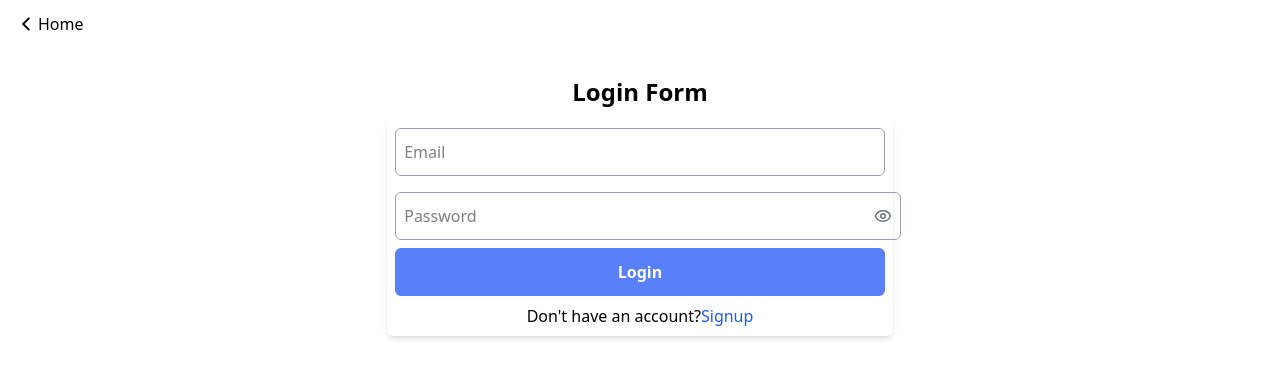
Repository: GAURAV-KUMAR22/restro-food-order-app
Page: /login (app in qr-app/)
An editor plug-in stored every save of this project. The page is shown before and after the next save, followed by the edit.
The browser window is 1280 px wide. The pictures show the whole page.
The page's requests for data from a server got no answer. The project was rebuilt for these pictures with package versions that can differ from the ones it lists, and the page was loaded fresh each time. No one was signed in, and anything a server would have sent is missing. Also part of the build but not shown: qr-app/vite.config.js, qr-app/src/Services/ProtectedRoutes.jsx, qr-app/src/components/CardItem.jsx, qr-app/src/Services/PublicAxios.js, qr-app/src/components/CardDetails.jsx, qr-app/src/components/Client/CategoryCard.jsx, qr-app/src/Services/Socket.js, qr-app/src/components/Client/OrderStatusCard.jsx and 36 more.

Above is the page before, as saved 2025-06-11 16:45:37.

After the next save:
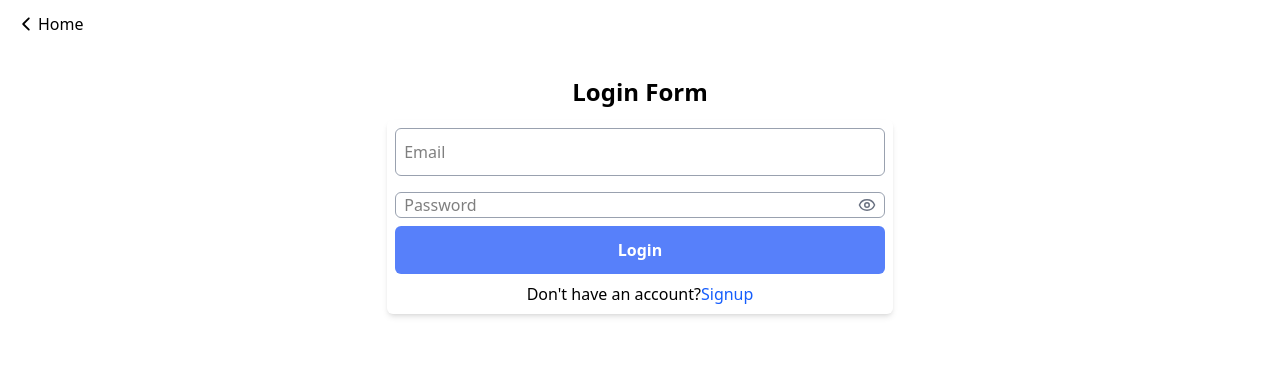
Saved 29 s later.
--- a/qr-app/src/Pages/Auth/Login.jsx
+++ b/qr-app/src/Pages/Auth/Login.jsx
@@ -90,7 +90,7 @@
             />
             {error.email && <p className="text-red-800">{error.email}</p>}
           </div>
-          <div className="flex justify-between items-center border border-gray-400 rounded-md m-2 px-2 h-12 w-full">
+          <div className="flex justify-between items-center border border-gray-400 rounded-md m-2 px-2 h-">
             <input
               type={showPassword ? "text" : "password"}
               name="password"

After the save that followed:
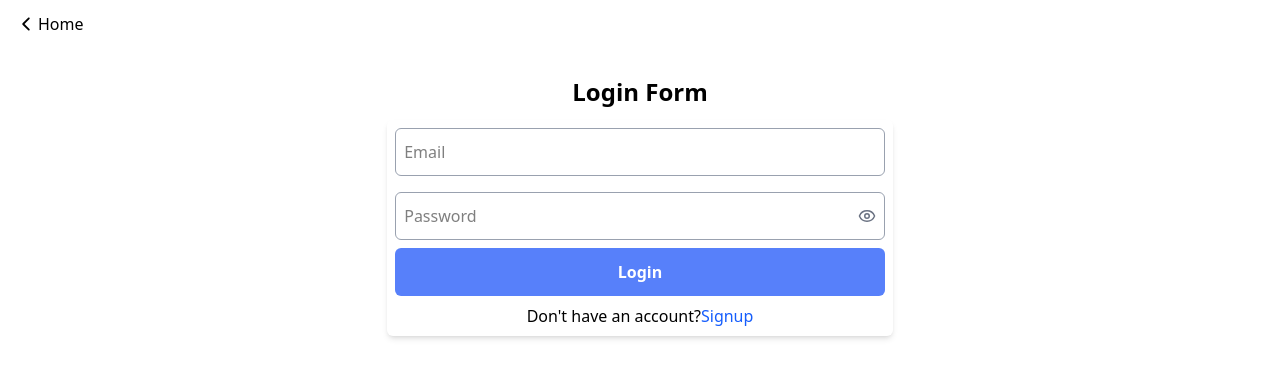
Saved 5 s later.
--- a/qr-app/src/Pages/Auth/Login.jsx
+++ b/qr-app/src/Pages/Auth/Login.jsx
@@ -90,7 +90,7 @@
             />
             {error.email && <p className="text-red-800">{error.email}</p>}
           </div>
-          <div className="flex justify-between items-center border border-gray-400 rounded-md m-2 px-2 h-">
+          <div className="flex justify-between items-center border border-gray-400 rounded-md m-2 px-2 h-12 ">
             <input
               type={showPassword ? "text" : "password"}
               name="password"
